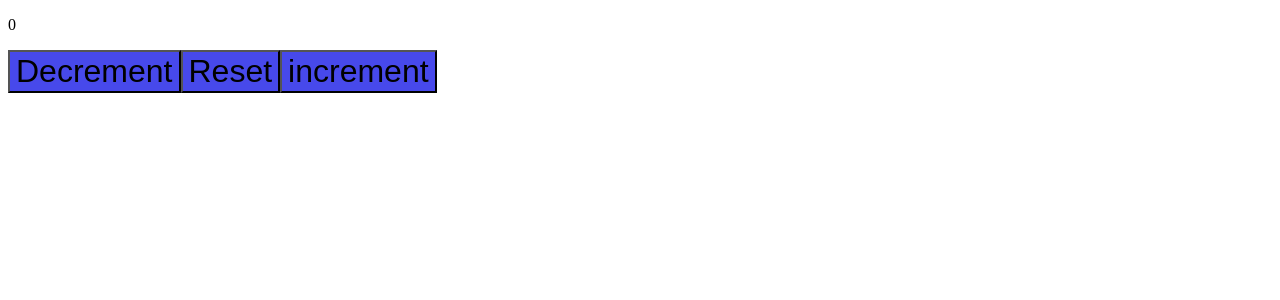
Repository: wakoya-tech/my-react-practice
Page: /
An editor plug-in stored every save of this project. The page is shown before and after the next save, followed by the edit.
The browser window is 1280 px wide. The pictures show the whole page.
The project was rebuilt for these pictures with package versions that can differ from the ones it lists, and the page was loaded fresh each time. Also part of the build but not shown: vite.config.js.

Above is the page before, as saved 2025-10-02 11:23:31.

### src/index.css
button{
  font-size: 2em;
  background-color: rgb(71, 73, 235);
  text-align: center;
}

### src/App.jsx
import Counter from './Counter.jsx'
function App(){
  return (
   <Counter/>
  );
}
export default App;

### src/Counter.jsx
import React, { useState } from "react";

function Counter(){
/*    const [name, setName] = useState("Ebisa");
    const [age, setAge] = useState(0);
    const [isEmployed, setIsEmployed] = useState(false);

    const toggleEmployedStatus = () => {
        setIsEmployed(!isEmployed);
    }

    const updateName = () => {
        setName("wako");
    }

    const incrementAge = () => {
        setAge(age + 1);
    }

    return(
    <>
        <p>Name: {name}</p>
        <button onClick={updateName}>Set Name</button>

        <p>Age: {age}</p>
        <button onClick={incrementAge}>Increment Age</button>

        <p>Is employed: {isEmployed ? "Yes" : "No"}</p>
        <button onClick={toggleEmployedStatus}>Toggle Status</button>
    </>
    )*/
   return(<>
   <p>0</p>
   <button>Decrement</button>
   <button>Reset</button>
   <button>increment</button>

   </>);
}


export default Counter;

Loaded but not shown: index.html (common file); src/main.jsx (common file)

After the next save:
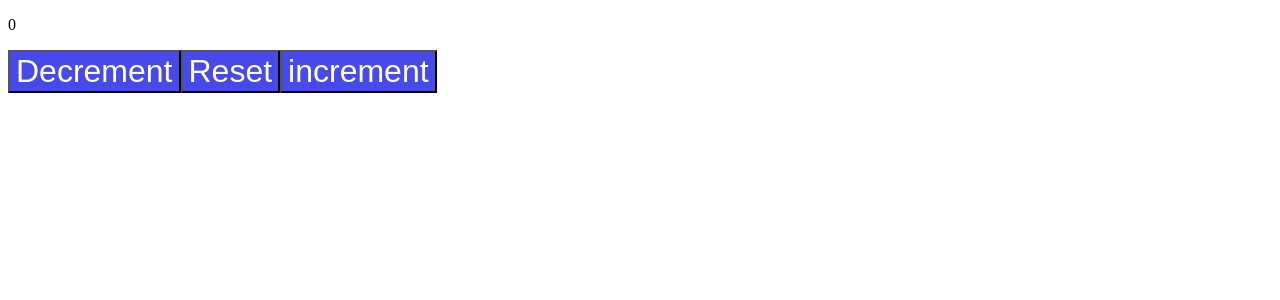
Saved 24 s later.
--- a/src/index.css
+++ b/src/index.css
@@ -2,4 +2,6 @@ button{
   font-size: 2em;
   background-color: rgb(71, 73, 235);
   text-align: center;
+  color: #fff;
+  align-items: center;
 }
